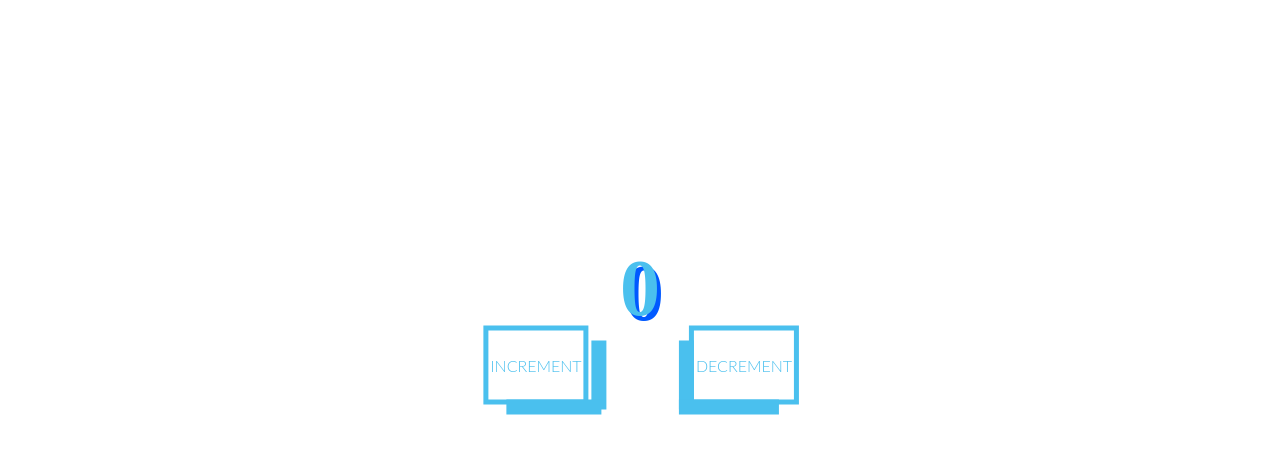
Repository: Ellisvelandia/react_introduction_test
Page: /
The author's editor kept a copy of each file at every save. The page is drawn from the files as they stood at one save, then again after a run of saves.
The browser window is 1280 px wide. The pictures show the whole page.
The project was rebuilt for these pictures with package versions that can differ from the ones it lists, and the page was loaded fresh each time. Also part of the build but not shown: src/index.css.

Above is the page before, as saved 2022-08-15 20:21:22.

After the next 2 saves:
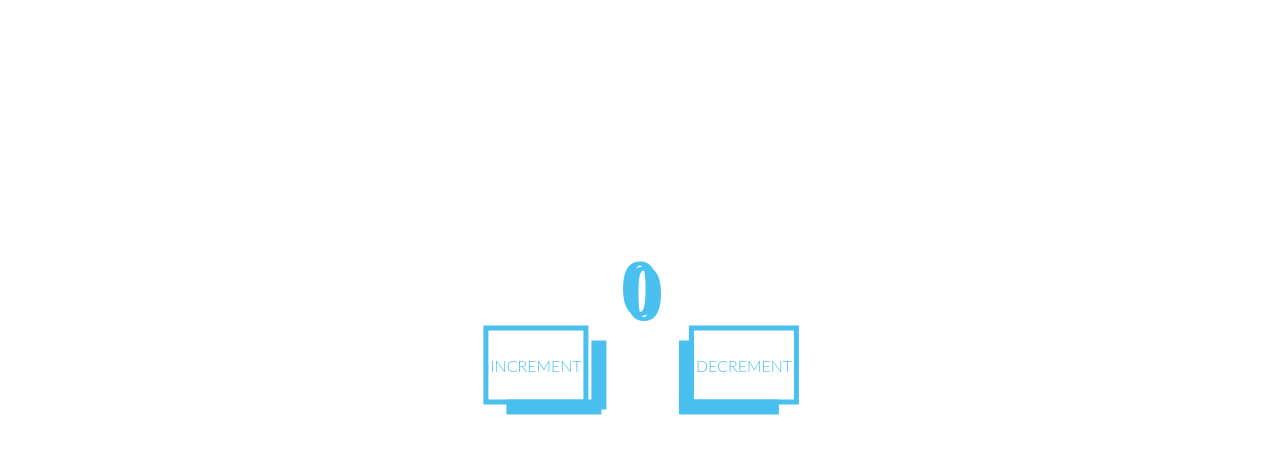
The 2 saves are shown as one change because they came seconds apart.
The last was saved 12 s later.
--- a/src/App.scss
+++ b/src/App.scss
@@ -23,7 +23,7 @@ h1 {
   top: 40%;
   transform: translateX(-50%) translateY(-50%);
   font-size: 5rem;
-  text-shadow: 4px 5px #0059ff;
+  text-shadow: 4px 5px #4ac0ee;
   color: #4ac0ee;
 }
 
